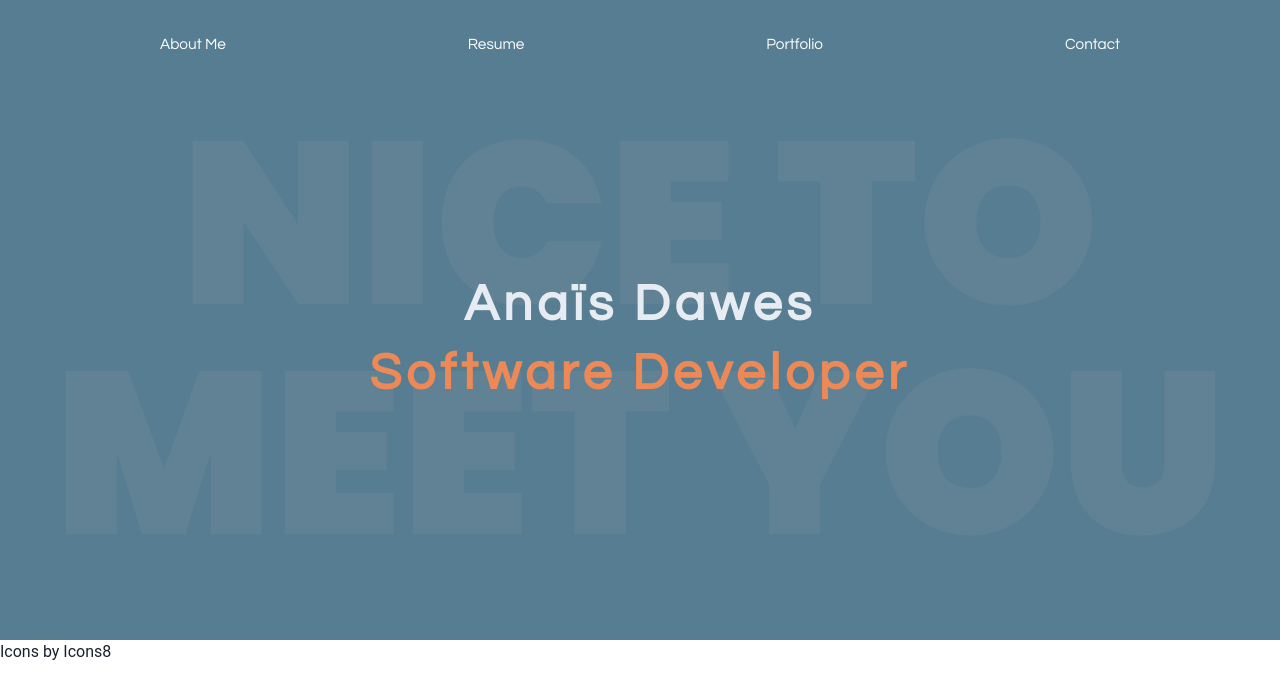
Repository: aedawes/AnaisDawesWebsite
Page: / (app in my-app/)
These files come from the project's save history. The page is drawn as it stood at one moment and after the next save; the edit follows.
The browser window is 1280 px wide. The pictures show the whole page.
Some web fonts or font styles are not loaded; a fallback is used. The project was rebuilt for these pictures with package versions that can differ from the ones it lists, and the page was loaded fresh each time. Also part of the build but not shown: my-app/src/App.css, my-app/src/Components/MobileMenu.js.

Above is the page before, as saved 2023-09-02 23:10:21.

### my-app/src/index.js
import React from 'react';
import ReactDOM from 'react-dom/client';
import './index.css';
import App from './App';
import customTheme from './theme';
import reportWebVitals from './reportWebVitals';
import { ChakraProvider } from '@chakra-ui/react'

const root = ReactDOM.createRoot(document.getElementById('root'));
root.render(
  <ChakraProvider theme={customTheme}>
    <React.StrictMode>
      <App />
    </React.StrictMode>
  </ChakraProvider>
);

// If you want to start measuring performance in your app, pass a function
// to log results (for example: reportWebVitals(console.log))
// or send to an analytics endpoint. Learn more: https://bit.ly/CRA-vitals
reportWebVitals();

### my-app/src/App.js
import './App.css';
import Home from './Home';

function App() {
  return (
    <div className="App">
      <header className="App-header">
        <Home></Home>
      </header>
    </div>
  );
}

export default App;

### my-app/src/theme.js
// theme.js
import { extendTheme } from '@chakra-ui/react';

const theme = extendTheme({
    styles: {
        global: {
          // Import and define the Google Fonts using @font-face
          '@font-face': [
            {
              fontFamily: 'Poppins', // Font family name for Poppins
              src: 'url(https://fonts.googleapis.com/css2?family=Poppins:wght@900&display=swap)',
              fontWeight: '900', // FontWeight for Poppins
              fontStyle: 'normal',
            },
            {
              fontFamily: 'Questrial', // Font family name for Questrial
              src: 'url(https://fonts.googleapis.com/css2?family=Questrial&display=swap)',
              fontWeight: 'normal',
              fontStyle: 'normal',
            },
          ],
        },
    },
    colors: {
        blues: {
            100: '#0B0C21',
            200: '#567D91',
            300: '#A9C7D9',
            400: '#E6ECF1',
        },
        oranges: {
            100: '#ED8957',
        },
    },
    fonts: {
        body: 'Roboto, sans-serif',
        heading: 'Montserrat, sans-serif',
    },
});

export default theme;

### my-app/src/Home.js
import './Home.css';
import { Box, Center, Heading, Text, VStack, Button} from '@chakra-ui/react'
import NavBar from './Components/Navbar.js';
import MobileMenu from './Components/MobileMenu';

function Home() {
  return (
    <div className="App">
      <NavBar />
      <Box id='niceToMeetYou' backgroundColor='blues.200'>
        <Center id="center-content">
          <Heading id='bgText' fontFamily='Poppins'> NICE TO MEET YOU </Heading>
          <VStack id="center-title">
            <Heading
              id='name'
              fontFamily='Questrial'
              color='blues.400'>
              Anaïs Dawes
            </Heading>
            <Heading
              id='job'
              fontFamily='Questrial'
              color='oranges.100'>
              Software Developer
            </Heading>
          </VStack>
        </Center>
      </Box>
      Icons by <a target="_blank" href="https://icons8.com">Icons8</a>
    </div>
  );
}

export default Home;

### my-app/src/Home.css
@import url('https://fonts.googleapis.com/css2?family=Poppins:wght@900&family=Questrial&display=swap');
@import url("https://use.typekit.net/ber4ifm.css");

#niceToMeetYou{
    height: fit-content;
    width: 100vw;
}

#center-content {
    padding-top: 8.5%;
    padding-bottom: 5.5%;
}

#bgText {
    text-align: center;
    line-height: 100%;
    font-size: 18vw;
    color: #618294;
}

#center-title {
    position: absolute;
    text-align: center;
}

#name {
    /* font-family: 'Questrial', sans-serif; */
    font-size: 4vw;
    letter-spacing: 5px;
}

#job {
    /* font-family: 'Questrial', sans-serif; */
    font-size: 4vw;
    letter-spacing: 5px;
}

### my-app/src/Components/Navbar.js
import './Navbar.css';
import { Box, Center, Text, HStack, Button } from '@chakra-ui/react'

function NavBar() {
  return (
    <Box>
        <Box display={{ base: 'none', lg: 'block' }}>
            <Center>
                <HStack pos='absolute' top='5%' justifyContent='space-between' width='75%' fontFamily='Questrial'>
                    <Text class="menuItem">About Me</Text>
                    <Text class="menuItem">Resume</Text>
                    <Text class="menuItem">Portfolio</Text>
                    <Text class="menuItem">Contact</Text>
                </HStack>
            </Center>
        </Box>


        <Box
            display={{ base: 'block', lg: 'none' }}
            backgroundColor='#618294'
            h='40px'
            w='100vw'
            pos='absolute'
            >
            <button
                style={{
                    position: 'absolute',
                    right: '5px',
                    top: '2px',
                    padding: '0',  // Remove padding if any
                    margin: '0',   // Remove margin if any
                }}>
                <img
                    src={`${process.env.PUBLIC_URL}/icons8-menu.png`}
                    alt="MenuIcon"
                    style={{ width: '35px', height: '35px' }}/>
            </button>
        </Box>
    </Box>
    );
}

export default NavBar;

### my-app/src/Components/Navbar.css
.menuItem {
    width: fit-content;
    color: white;
    font-size: 1.2vw;
}

Loaded but not shown: my-app/public/index.html (common file); my-app/src/index.css (common file); my-app/src/reportWebVitals.js (common file)

After the next save:
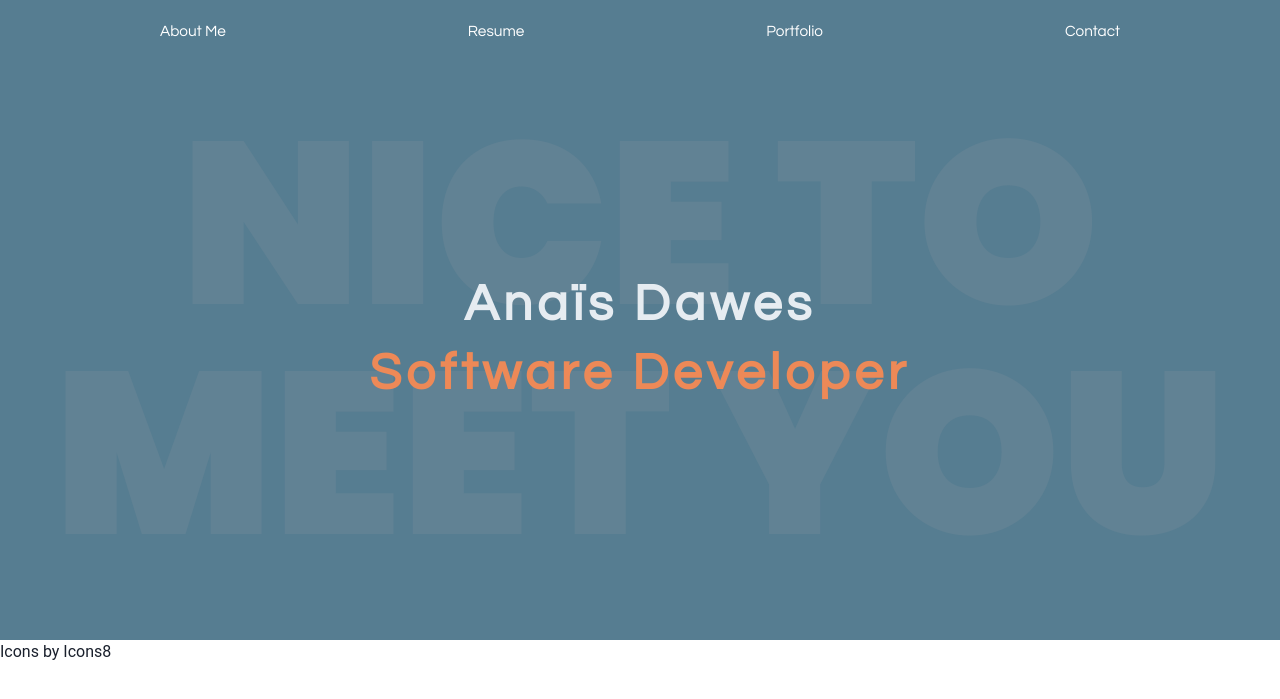
Saved 20 s later.
--- a/my-app/src/Components/Navbar.js
+++ b/my-app/src/Components/Navbar.js
@@ -6,7 +6,7 @@
     <Box>
         <Box display={{ base: 'none', lg: 'block' }}>
             <Center>
-                <HStack pos='absolute' top='5%' justifyContent='space-between' width='75%' fontFamily='Questrial'>
+                <HStack pos='absolute' top='3%' justifyContent='space-between' width='75%' fontFamily='Questrial'>
                     <Text class="menuItem">About Me</Text>
                     <Text class="menuItem">Resume</Text>
                     <Text class="menuItem">Portfolio</Text>
